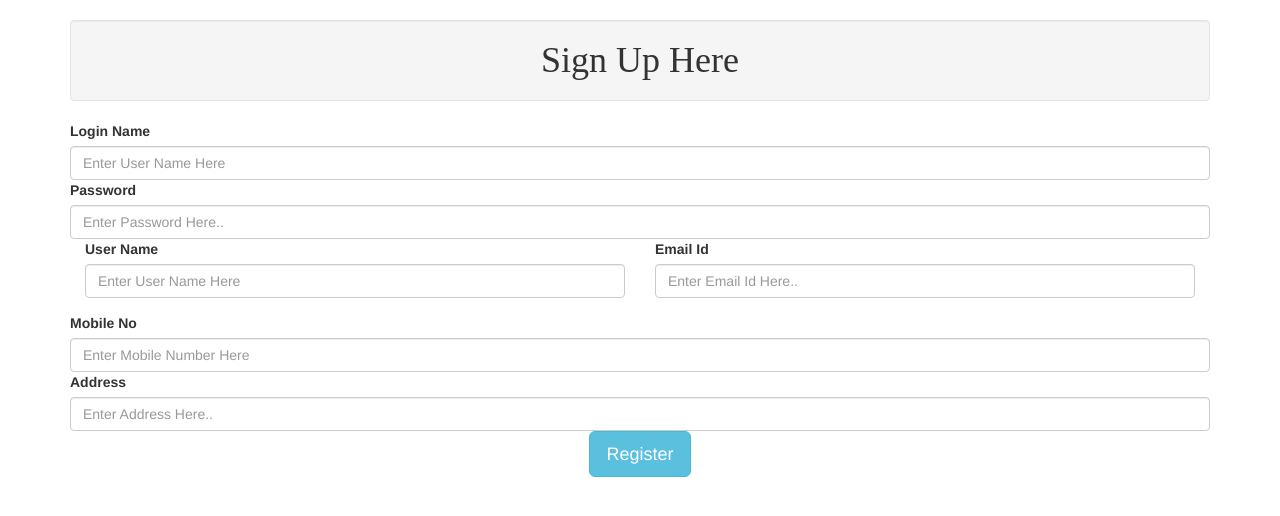
Repository: ManaliSant/Project-2-
Page: InteractionFrontEnd/WebContent/web/c_user/SignUp.html
These files come from the project's save history. The page is drawn as it stood at one moment and after the next save; the edit follows.
The browser window is 1280 px wide. The pictures show the whole page.

Above is the page before, as saved 2018-12-12 11:37:15.

After the next save:
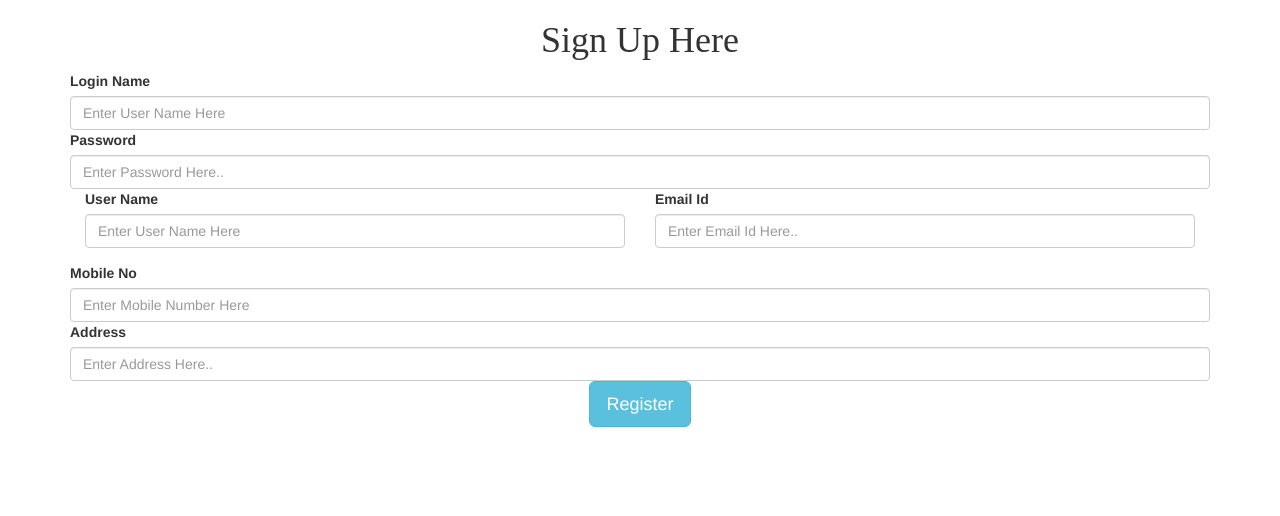
Saved 45 s later.
--- a/InteractionFrontEnd/WebContent/web/c_user/SignUp.html
+++ b/InteractionFrontEnd/WebContent/web/c_user/SignUp.html
@@ -11,7 +11,7 @@
 
 <div class="container" ng-controller="UserController">
 
-	<h1 class="well">
+	<h1 >
 		<center>
 			<font face="Monotype Corsiva">Sign Up Here</font>
 		</center>
